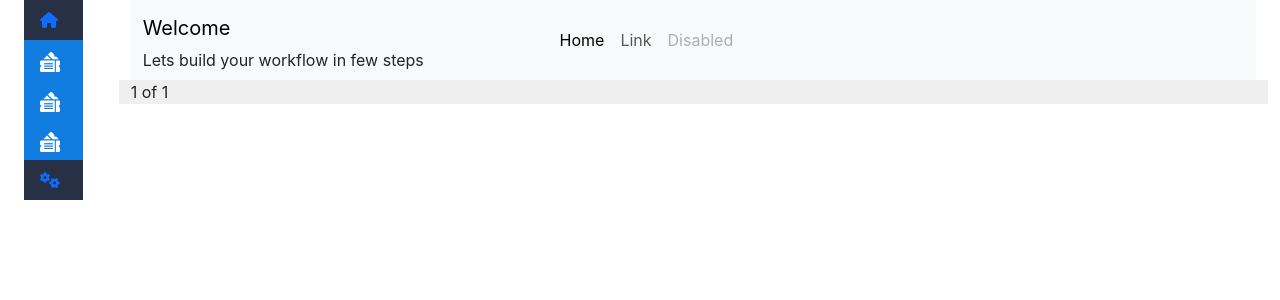
Repository: rishikarajeev/GL_HelpDesk
Page: /showtickets
An editor plug-in stored every save of this project. The page is shown before and after a run of saves, followed by the edit.
The browser window is 1280 px wide. The pictures show the whole page.
The project was rebuilt for these pictures with package versions that can differ from the ones it lists, and the page was loaded fresh each time. Also part of the build but not shown: src/App.css, src/Pages/HomePage.jsx.

Above is the page before, as saved 2024-01-08 20:44:26.

### public/index.html
<!DOCTYPE html>
<html lang="en">
  <head>
    <meta charset="utf-8" />
    <link rel="icon" href="%PUBLIC_URL%/favicon.ico" />
    <meta name="viewport" content="width=device-width, initial-scale=1" />
    <meta name="theme-color" content="#000000" />
    <meta
      name="description"
      content="Web site created using create-react-app"
    />
    <link rel="apple-touch-icon" href="%PUBLIC_URL%/logo192.png" />
    <link href="https://cdn.jsdelivr.net/npm/bootstrap@5.3.2/dist/css/bootstrap.min.css" rel="stylesheet" integrity="sha384-T3c6CoIi6uLrA9TneNEoa7RxnatzjcDSCmG1MXxSR1GAsXEV/Dwwykc2MPK8M2HN" crossorigin="anonymous">
   <script src="https://cdn.jsdelivr.net/npm/bootstrap@5.3.2/dist/js/bootstrap.bundle.min.js" integrity="sha384-C6RzsynM9kWDrMNeT87bh95OGNyZPhcTNXj1NW7RuBCsyN/o0jlpcV8Qyq46cDfL" crossorigin="anonymous"></script>
 <!--
      manifest.json provides metadata used when your web app is installed on a
      user's mobile device or desktop. See https://developers.google.com/web/fundamentals/web-app-manifest/
    -->
    <link rel="manifest" href="%PUBLIC_URL%/manifest.json" />
    <!--
      Notice the use of %PUBLIC_URL% in the tags above.
      It will be replaced with the URL of the `public` folder during the build.
      Only files inside the `public` folder can be referenced from the HTML.

      Unlike "/favicon.ico" or "favicon.ico", "%PUBLIC_URL%/favicon.ico" will
      work correctly both with client-side routing and a non-root public URL.
      Learn how to configure a non-root public URL by running `npm run build`.
    -->
    <title>React App</title>
  </head>
  <body>
    <noscript>You need to enable JavaScript to run this app.</noscript>
    <div id="root"></div>
    <!--
      This HTML file is a template.
      If you open it directly in the browser, you will see an empty page.

      You can add webfonts, meta tags, or analytics to this file.
      The build step will place the bundled scripts into the <body> tag.

      To begin the development, run `npm start` or `yarn start`.
      To create a production bundle, use `npm run build` or `yarn build`.
    -->
  </body>
</html>

### src/App.js
import logo from "./logo.svg";
import "./App.css";
import { BrowserRouter,Route,Routes } from "react-router-dom";
import ViewTickets from "./Pages/ViewTickets";
import HomePage from "./Pages/HomePage";
import SideBar from "./Components/SideBar";
import { Container, Row, Col } from "react-bootstrap";
import Header from "./Components/Header";

function App() {
  return (
    <BrowserRouter>
<Container fluid>
     <Row>
          <Col xl={1} >
            <SideBar />
            </Col>
            <Col xl={11}>
            <Header/>
            <Routes>
              <Route path="/" element={<HomePage />}></Route>
              <Route path="/showtickets" element={<ViewTickets />}></Route>
            </Routes>
            </Col>



         </Row>
       </Container>


    </BrowserRouter>
  );
}

export default App;

### src/Pages/ViewTickets.jsx
import React from 'react'
import { Container,Row,Col } from 'react-bootstrap'
import "../Assets/Css/Styles.css"

function ViewTickets() {
  return (

  <Container fluid className='bgColor'>
    <Row className="col-md-3 col-lg-2 d-md-block  sidebar align-items-end ">
      <Col>1 of 1</Col>
    </Row>
  </Container>
  )
}

export default ViewTickets

### src/Components/SideBar.jsx
import React from "react";

import "@fortawesome/fontawesome-free/css/all.min.css";
import ticketIcon from "../Assets//Images/Layer_1.png"
import  "../Assets/Css/Styles.css"

function SideBar() {
  return (
    <div class="container-fluid  ">
      <div class="row">
        <nav id="sidebar" class=" sidebar  ">
          <div class="position-sticky sideBg">
            <ul class="nav flex-column">
              <li class="nav-item">
                <a class="nav-link active" href="/">
                  <i class="fas fa-home"></i>
                </a>
              </li>
              <li class="nav-item  selectedColor" >
              <a className="nav-link active" href="/showtickets">
              <img src={ticketIcon} alt="Home Icon" className="icon" />
              </a>
              </li>
              <li class="nav-item  selectedColor" >
              <a className="nav-link active" href="#">
              <img src={ticketIcon} alt="Home Icon" className="icon" />
              </a>
              </li>
              <li class="nav-item  selectedColor" >
              <a className="nav-link active" href="#">
              <img src={ticketIcon} alt="Home Icon" className="icon" />
              </a>
              </li>
              <li class="nav-item">
                <a class="nav-link" href="#">
                  <i class="fas fa-cogs"></i>
                </a>
              </li>
            </ul>
          </div>
        </nav>
      </div>
    </div>
  );
}

export default SideBar;

### src/Components/Header.jsx
import React from 'react'

function Header() {
  return (
    <div class="container-fluid">
    <nav class="navbar navbar-expand-lg bg-body-tertiary">
    <div class="container-fluid">
      <button class="navbar-toggler" type="button" data-bs-toggle="collapse" data-bs-target="#navbarTogglerDemo03" aria-controls="navbarTogglerDemo03" aria-expanded="false" aria-label="Toggle navigation">
        <span class="navbar-toggler-icon"></span>
      </button>
      <div className='row'>
      <a class="navbar-brand" href="#">Welcome </a>
      <span>Lets build your workflow in few steps</span>
      </div>
      <div class="collapse navbar-collapse" id="navbarTogglerDemo03">
        <ul class="navbar-nav me-auto mb-2 mb-lg-0 align-items-end">
          <li class="nav-item">
            <a class="nav-link active" aria-current="page" href="">Home</a>
          </li>
          <li class="nav-item">
            <a class="nav-link" href="#">Link</a>
          </li>
          <li class="nav-item">
            <a class="nav-link disabled" aria-disabled="true">Disabled</a>
          </li>
        </ul>

      </div>
    </div>
  </nav>
  </div>
  )
}

export default Header

### src/Assets/Css/Styles.css
.sideBg{
    background-color:  #273045;
}
.selectedColor{
    background-color:  #117DE0;

}
.bgColor{
    background-color:  #EFEFEF;

}

Loaded but not shown: src/index.js (common file); src/index.css (common file); src/reportWebVitals.js (common file)

After the next 2 saves:
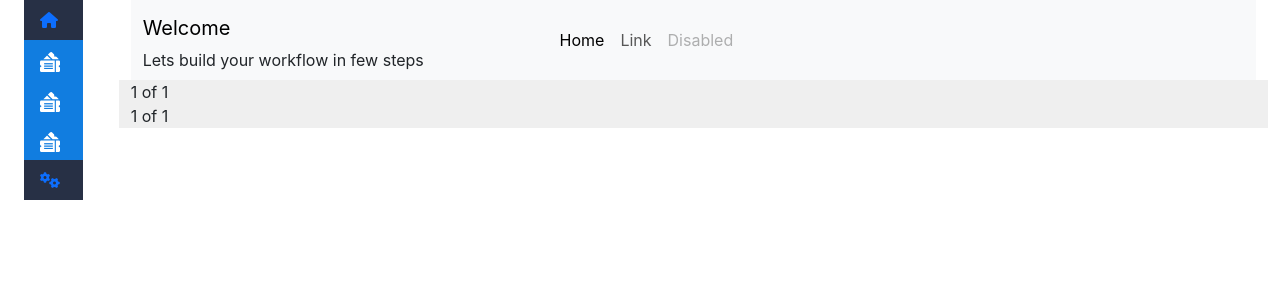
The 2 saves are shown as one change because they came seconds apart.
The last was saved 104 s later.
--- a/src/Pages/ViewTickets.jsx
+++ b/src/Pages/ViewTickets.jsx
@@ -8,6 +8,7 @@
   <Container fluid className='bgColor'>
     <Row className="col-md-3 col-lg-2 d-md-block  sidebar align-items-end ">
       <Col>1 of 1</Col>
+      <Col>1 of 1</Col>
     </Row>
   </Container>
   )

After the 4 saves that followed:
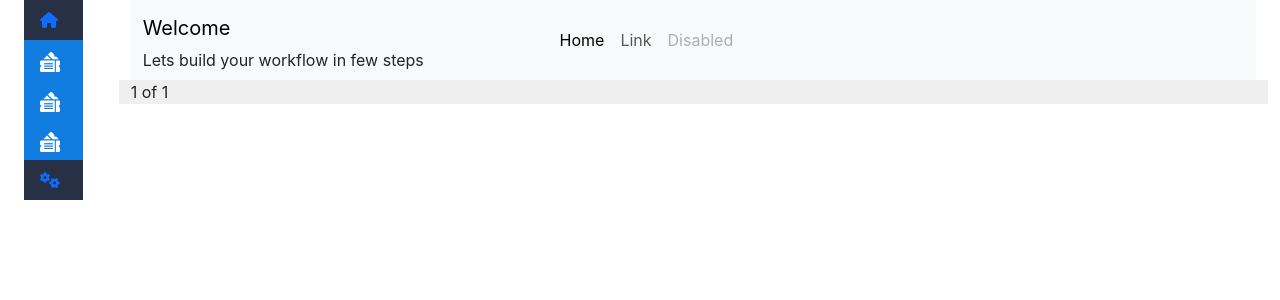
The 4 saves are shown as one change because they came seconds apart.
The last was saved 9 s later.
--- a/src/Pages/ViewTickets.jsx
+++ b/src/Pages/ViewTickets.jsx
@@ -7,7 +7,7 @@
 
   <Container fluid className='bgColor'>
     <Row className="col-md-3 col-lg-2 d-md-block  sidebar align-items-end ">
-      <Col>1 of 1</Col>
+      <Col><Row></Row></Col>
       <Col>1 of 1</Col>
     </Row>
   </Container>
